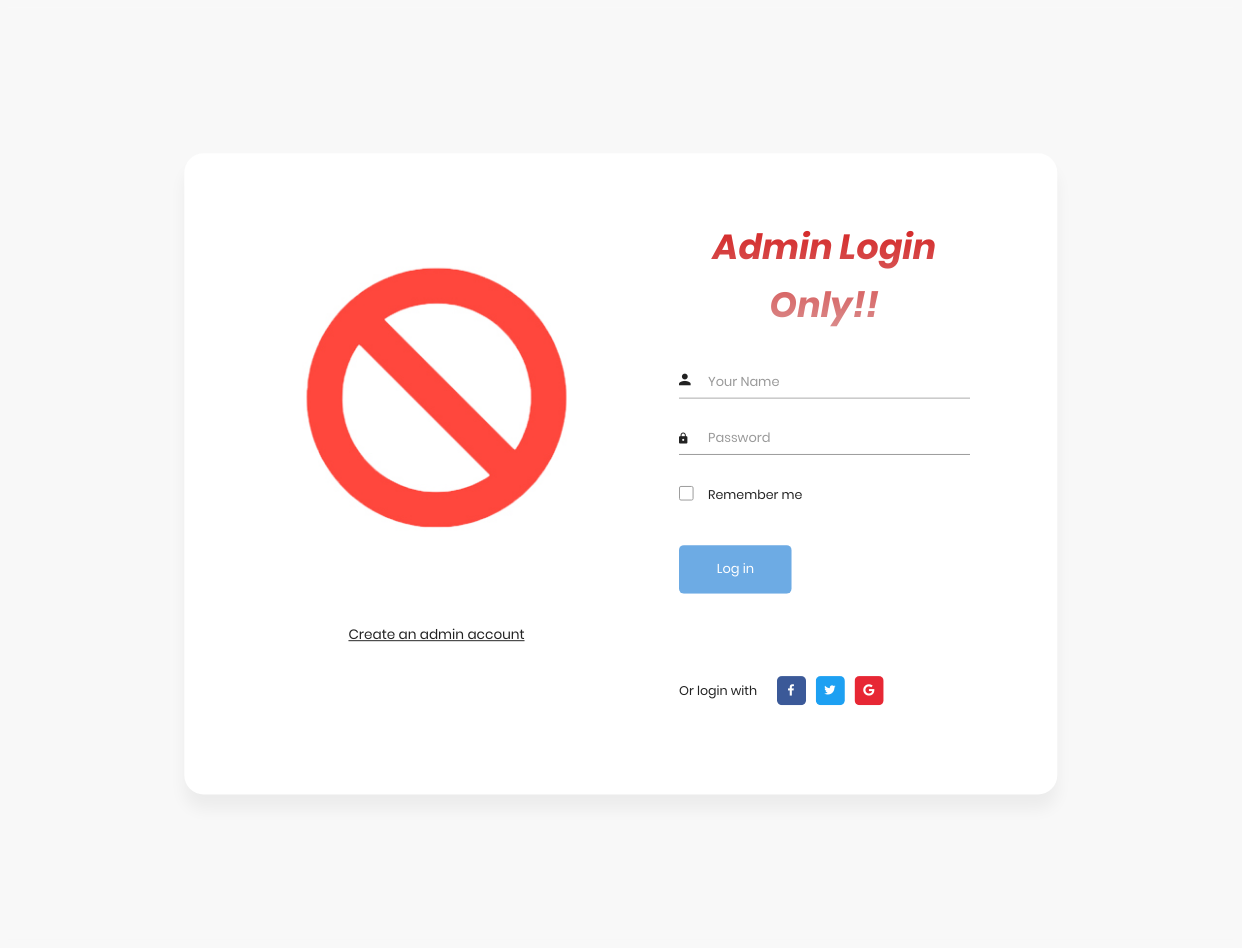
Repository: farhan-helmy/web_prog_project_dulu2
Page: login.html
These files come from the project's save history. The page is drawn as it stood at one moment and after the next save; the edit follows.
The browser window is 1280 px wide. The pictures show the whole page, at 97% of full size.

Above is the page before, as saved 2020-05-12 06:41:58.

### login.html
<!DOCTYPE html>
<html lang="en">

<head>
    <meta charset="UTF-8">
    <meta name="viewport" content="width=device-width, initial-scale=1.0">
    <meta http-equiv="X-UA-Compatible" content="ie=edge">
    <title>Sign Up Form by Colorlib</title>

    <!-- Font Icon -->
    <link rel="stylesheet" href="fonts/material-icon/css/material-design-iconic-font.min.css">

    <!-- Main css -->
    <link rel="stylesheet" href="css/style.css">
</head>

<body>

    <div class="main">
        <!-- Sing in  Form -->
        <section class="sign-in">
            <div class="container">
                <div class="signin-content">
                    <div class="signin-image">
                        <figure><img src="images/signin-image.jpg" alt="sing up image"></figure>
                        <a href="#" class="signup-image-link">Create an admin account</a>
                    </div>

                    <div class="signin-form">
                        <h2 class="form-title">Admin Login Only!!</h2>
                        <form method="POST" class="register-form" id="login-form" action="loginprocess.php">
                            <div class="form-group">
                                <label for="your_name"><i class="zmdi zmdi-account material-icons-name"></i></label>
                                <input type="text" name="your_name" id="your_name" placeholder="Your Name" />
                            </div>
                            <div class="form-group">
                                <label for="your_pass"><i class="zmdi zmdi-lock"></i></label>
                                <input type="password" name="your_pass" id="your_pass" placeholder="Password" />
                            </div>
                            <div class="form-group">
                                <input type="checkbox" name="remember-me" id="remember-me" class="agree-term" />
                                <label for="remember-me" class="label-agree-term"><span><span></span></span>Remember
                                    me</label>
                            </div>
                            <div class="form-group form-button">
                                <input type="submit" name="signin" id="signin" class="form-submit" value="Log in" />
                            </div>
                        </form>
                        <div class="social-login">
                            <span class="social-label">Or login with</span>
                            <ul class="socials">
                                <li><a href="#"><i class="display-flex-center zmdi zmdi-facebook"></i></a></li>
                                <li><a href="#"><i class="display-flex-center zmdi zmdi-twitter"></i></a></li>
                                <li><a href="#"><i class="display-flex-center zmdi zmdi-google"></i></a></li>
                            </ul>
                        </div>
                    </div>
                </div>
            </div>
        </section>
    </div>




    <!-- JS -->
    <script src="vendor/jquery/jquery.min.js"></script>
    <script src="js/main.js"></script>
</body><!-- This templates was made by Colorlib (https://colorlib.com) -->

</html>

Loaded but not shown: fonts/material-icon/css/material-design-iconic-font.min.css (library); vendor/jquery/jquery.min.js (library); css/style.css (679 lines, source omitted); js/main.js (no stored copy; drawn as an empty file)

After the next save:
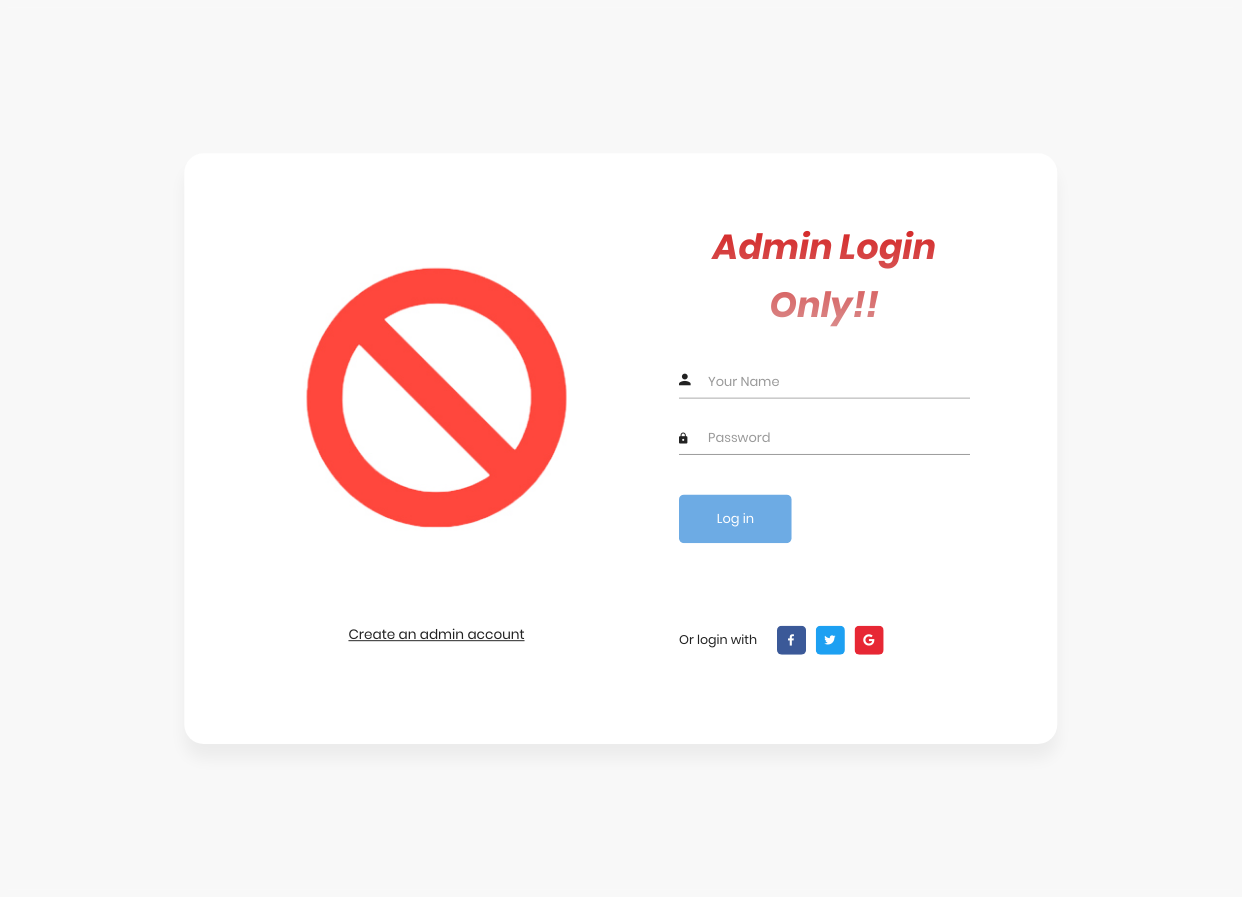
Saved 97 s later.
--- a/login.html
+++ b/login.html
@@ -37,11 +37,7 @@
                                 <label for="your_pass"><i class="zmdi zmdi-lock"></i></label>
                                 <input type="password" name="your_pass" id="your_pass" placeholder="Password" />
                             </div>
-                            <div class="form-group">
-                                <input type="checkbox" name="remember-me" id="remember-me" class="agree-term" />
-                                <label for="remember-me" class="label-agree-term"><span><span></span></span>Remember
-                                    me</label>
-                            </div>
+
                             <div class="form-group form-button">
                                 <input type="submit" name="signin" id="signin" class="form-submit" value="Log in" />
                             </div>
